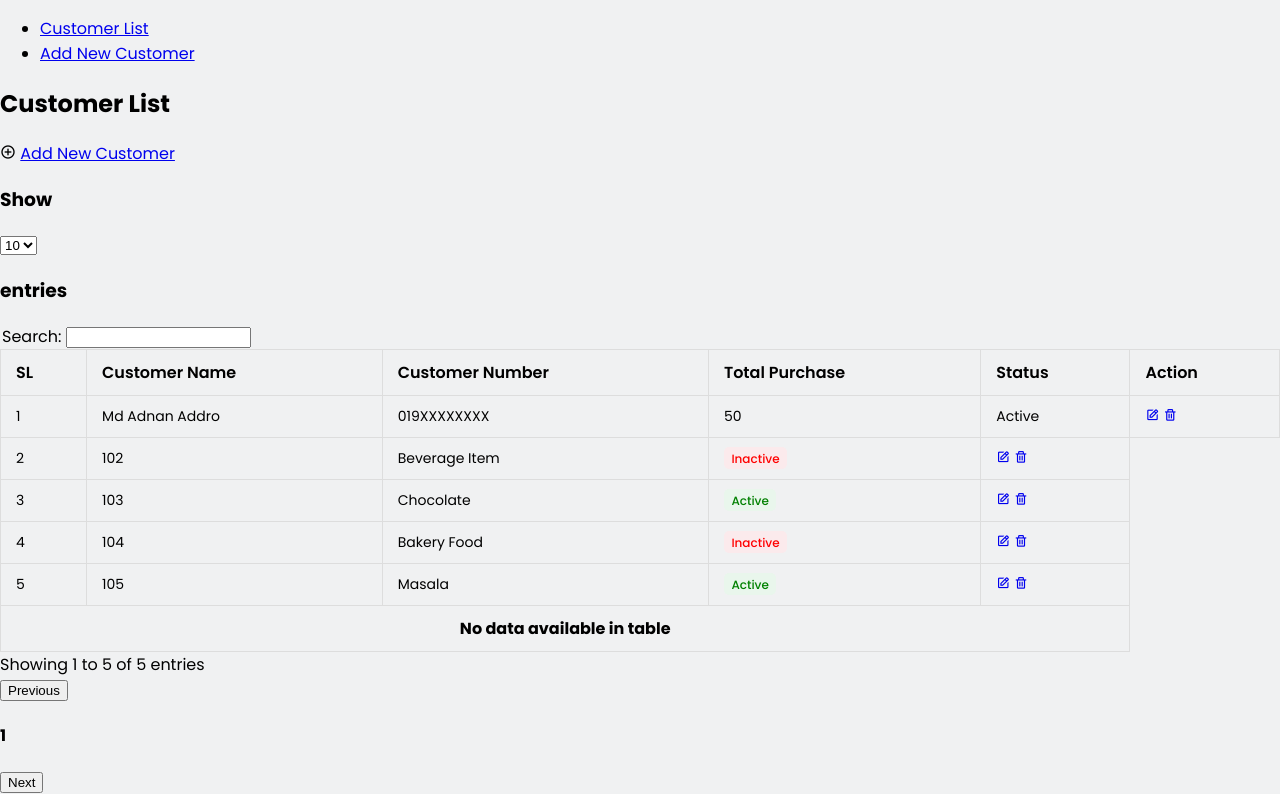
Repository: codebyaddro/customer-page
Page: customer.html
These files come from the project's save history. The page is drawn as it stood at one moment and after a run of saves; the edit follows.
The browser window is 1280 px wide. The pictures show the whole page.

Above is the page before, as saved 2025-02-20 13:59:15.

### customer.html
<!DOCTYPE html>
<html lang="en">
<head>
    <meta charset="UTF-8">
    <meta name="viewport" content="width=device-width, initial-scale=1.0">
    <!-- CSS -->
    <link rel="stylesheet" href="css/customer.css">
    <!-- Icons -->
    <link href='https://unpkg.com/boxicons@2.1.4/css/boxicons.min.css' rel='stylesheet'>
    <title>Customer - Page</title>
</head>
<body>
    <div class="cba-customer-container">
        <div class="cba-cusc-top-menus">
            <ul>
                <li><a href="/index.html" class="-cba-cusc-active-menu">Customer List</a></li>
                <li><a href="/inner-pages/html/anc.html" class="cba-cusc-light-up">Add New Customer</a></li>
            </ul>
        </div>
        <div class="cba-cusc-list-container">
            <div class="cba-cusc-heading-add-new-btn">
                <div class="cba-cusc-heading">
                    <h2>Customer List</h2>
                </div>
                <div class="cba-cusc-add-new-btn">
                    <i class='cba-cusc-add-icon bx bx-plus-circle'></i>
                    <a href="/inner-pages/html/anc.html">Add New Customer</a>
                </div>
            </div>
            <div class="cba-cusc-list-short-dpdwn-search-box">
                <div class="cba-cusc-list-short-dpdwn">
                    <h3>Show</h3>
                    <select name="10" id="">
                        <option value="">10</option>
                        <option value="">20</option>
                        <option value="">30</option>
                        <option value="">All</option>
                    </select>
                    <h3>entries</h3>
                </div>
                <div class="cba-cusc-search-box">
                    <legend>Search: <input type="text"></legend>
                </div>
            </div>
            <div class="cba-cusc-table-list">
                <table>
                    <thead>
                        <tr>
                            <th title="SL">SL</th>
                            <th title="Code">Customer Name</th>
                            <th title="Category Name">Customer Number</th>
                            <th title="Status">Total Purchase</th>
                            <th title="Status">Status</th>
                            <th title="Action">Action</th>
                        </tr>
                    </thead>
                    <tbody>
                        <tr>
                            <td>1</td>
                            <td>Md Adnan Addro</td>
                            <td>019XXXXXXXX</td>
                            <td>50</td>
                            <td><span class="cba-cusc-active">Active</span></td>
                            <td>
                                <a title="Edit" href="#"><i class='cba-cusc-edit-icon bx bx-edit'></i></a>
                                <a title="Delete" href="#"><i class='cba-cusc-delete-icon bx bx-trash'></i></a>
                            </td>
                        </tr>
                        <tr>
                            <td>2</td>
                            <td>102</td>
                            <td>Beverage Item</td>
                            <td><span class="inactive">Inactive</span></td>
                            <td>
                                <a title="Edit" href="#"><i class='cba-cusc-edit-icon bx bx-edit'></i></a>
                                <a title="Delete" href="#"><i class='cba-cusc-delete-icon bx bx-trash'></i></a>
                            </td>
                        </tr>
                        <tr>
                            <td>3</td>
                            <td>103</td>
                            <td>Chocolate</td>
                            <td><span class="active">Active</span></td>
                            <td>
                                <a title="Edit" href="#"><i class='cba-cusc-edit-icon bx bx-edit'></i></a>
                                <a title="Delete" href="#"><i class='cba-cusc-delete-icon bx bx-trash'></i></a>
                            </td>
                        </tr>
                        <tr>
                            <td>4</td>
                            <td>104</td>
                            <td>Bakery Food</td>
                            <td><span class="inactive">Inactive</span></td>
                            <td>
                                <a title="Edit" href="#"><i class='cba-cusc-edit-icon bx bx-edit'></i></a>
                                <a title="Delete" href="#"><i class='cba-cusc-delete-icon bx bx-trash'></i></a>
                            </td>
                        </tr>
                        <tr>
                            <td>5</td>
                            <td>105</td>
                            <td>Masala</td>
                            <td><span class="active">Active</span></td>
                            <td>
                                <a title="Edit" href="#"><i class='cba-cusc-edit-icon bx bx-edit'></i></a>
                                <a title="Delete" href="#"><i class='cba-cusc-delete-icon bx bx-trash'></i></a>
                            </td>
                        </tr>
                        <tr class="cba-cusc-no-data-available">
                            <th colspan="5">No data available in table</th>
                        </tr>
                    </tbody>
                </table>
            </div>
            <div class="cba-cusc-entries-details-list-page-btn">
                <div class="cba-cusc-entries-details">
                    Showing <span>1</span> to <span>5</span> of <span>5</span> entries
                </div>
                <div class="cba-cusc-list-page-btn">
                    <button>Previous</button>
                    <h4><span>1</span></h4>
                    <button>Next</button>
                </div>
            </div>
        </div>
    </div>
</body>
</html>

### css/customer.css
/* -- fonts -- */
@import url('https://fonts.googleapis.com/css2?family=Poppins:ital,wght@0,100;0,200;0,300;0,400;0,500;0,600;0,700;0,800;0,900;1,100;1,200;1,300;1,400;1,500;1,600;1,700;1,800;1,900&family=Raleway:ital,wght@0,100..900;1,100..900&family=Roboto:ital,wght@0,100;0,300;0,400;0,500;0,700;0,900;1,100;1,300;1,400;1,500;1,700;1,900&family=VT323&display=swap');

/* -- root -- */

:root {
    --gray-white: #F0F1F2; /* For body*/
    --white: #FFFFFF;
    --black: #000000;
    --gray-black: #DDDDDD;
    --light-black: #212523;
    --light-black-op: #21252350;
    --main-green: #157343;
    --main-light: #37A000;
    --light-orange: #FD7E14;
    --green: #008000;
    --light-green: #e9f6ec;
    --red: #FF0000;
    --light-red: #fbeaec;
}

/* ---------- */

* {
    box-sizing: border-box;
}

body {
    margin: 0;
    padding: 0;
    font-family: "Poppins", serif;
    background-color: var(--gray-white);
}

::selection {
    color: var(--white);
    background-color: var(--main-light);
}

/* -- category container style -- */

.category-container {
    width: 100%;
    margin-top: 25px;
}

/* -- top menus style--  */

.top-menus {
    background-color: var(--white);
    display: flex;
    justify-content: left;
    align-items: center;
    height: 60px;
    margin-bottom: 15px;
}

.top-menus ul {
    list-style-type: none;
    display: flex;
    gap: 30px;
    margin-left: -20px;
}

.top-menus ul li a {
    text-decoration: none;
    color: var(--black);
    font-size: 15px;
    font-weight: 500;
}

/* -- active menu style -- */

.active-menu {
    color: var(--white)!important;
    background-color: var(--main-green);
    padding: 8px 12px;
    border-radius: 5px;
}

/* -- menu hover style -- */

.light-up:hover {
    color: var(--light-orange);
}

/* -- list container style -- */

.list-container {
    background-color: var(--white);
    padding: 0px 20px;
}

/* -- heading-add-new-btn style -- */

.heading-add-new-btn {
    display: flex;
    justify-content: space-between;
    align-items: center;
    border-bottom: 1px solid var(--gray-black) ;
}

.heading h2 {
    color: var(--light-black);
    font-size: 25px;
    font-weight: 500;
}

/* -- add-new-btn style -- */

.add-new-btn {
    display: flex;
    gap: 5px;
    justify-content: baseline;
    align-items: center;
}

.add-new-btn {
    background-color: var(--main-green);
    padding: 5px 10px;
    border-radius: 5px;
}

.add-new-btn a {
    color: var(--white);
    text-decoration: none;
}

.add-icon {
    color: var(--white);
    font-size: 20px;
}

/* -- list-short-dpdwn-search-box style -- */

.list-short-dpdwn-search-box {
    display: flex;
    justify-content: space-between;
    align-items: center;
    padding: 10px 0px;
}

/* -- list-short-dpdwn style -- */

.list-short-dpdwn {
    display: flex;
    gap: 7.5px;
    align-items: center;
}

.list-short-dpdwn h3 {
    color: var(--light-black);
    font-size: 15px;
    font-weight: 500;
}

.list-short-dpdwn select {
    color: var(--light-black);
    appearance: none;
    height: 25px;
    width: 30px;
    padding-left: 6px;
    outline: none;
    border-radius: 2.5px;
}

/* -- search-box style -- */

.search-box {
    display: flex;
    align-items: center;
}

.search-box legend {
    color: var(--light-black);
}

.search-box input {
    outline: none;
    height: 25px;
    width: 193px;
    border: 1px solid var(--gray-black);
}

/* -- table-list style --*/

table {
    border-collapse: collapse;
    width: 100%;
}

@media (max-width: 768px) {
    table {
        width: 100%;
        padding: 0rem;
        display: block;
        overflow-x: scroll;
        overflow-y: hidden;
        scrollbar-width: thin;
        scrollbar-color: var(--black);
    }
}

/* -- thead style -- */

thead {
    cursor: pointer;
}

th, td {
    border: 1px solid var(--gray-black);
    padding: 10px 15px;
}

thead tr th {
    font-size: 1rem;
    font-weight: 600;
    text-align: left;
}

tbody tr td {
    font-size: 0.875rem;
}

tbody tr:hover {
    background-color: var(--gray-white);
}

/* -- tbody style -- */

/* status style */

.active {
    color: var(--green);
    background-color: var(--light-green);
    font-size: 12px;
    font-weight: 500;
    padding: 2.5px 7.5px;
    border-radius: 5px;
}

.inactive {
    color: var(--red);
    background-color: var(--light-red);
    font-size: 12px;
    font-weight: 500;
    padding: 2.5px 7.5px;
    border-radius: 5px;
}

/* -- action style -- */

.edit-icon {
    color: var(--green);
    background-color: var(--light-green);
    padding: 7px 7px;
    margin-right: 2.5px;
    border: 1px solid var(--green);
    font-size: 20px;
}

.edit-icon:hover {
    background-color: var(--light-black-op);
}

.delete-icon {
    color: var(--red);
    background-color: var(--light-red);
    padding: 7px 7px;
    margin-left: 2.5px;
    border: 1px solid var(--red);
    font-size: 20px;
}

.delete-icon:hover {
    background-color: var(--light-black-op);
}

/* -- no data style */

.no-data-available th {
    font-size: 14px;
    font-weight:500;
    color: var(--black);
    background-color: var(--gray-white);
}

/* -- entries-details-list-page-btn style -- */

.entries-details-list-page-btn {
    display: flex;
    justify-content: space-between;
    align-items: center;
    padding: 10px 0px;
}

.entries-details {
    color: var(--black);
    font-size: 15px;
}

.list-page-btn {
    display: flex;
    gap: 5px;
    align-items: center;
}

.list-page-btn button {
    color: var(--light-black);
    background-color: var(--gray-white);
    padding: 8px 14px;
    border: none;
    border-radius: 5px;
    cursor: pointer;
}

.list-page-btn h4 {
    color: var(--white);
    background-color: var(--main-light);
    font-size: 15px;
    font-weight: 400;
    padding: 3px 12px;
    border-radius: 5px;
}

After the next 4 saves:
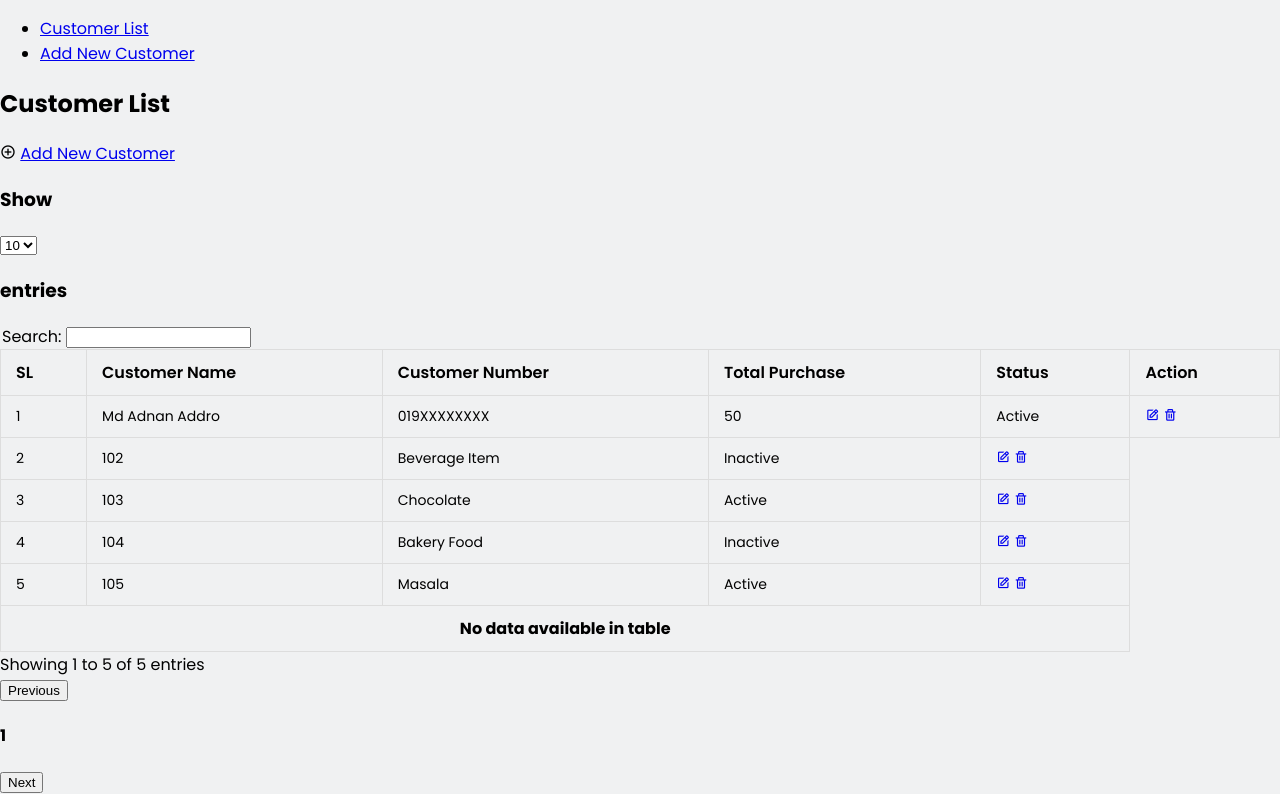
The 4 saves are shown as one change because they came seconds apart.
The last was saved 14 s later.
--- a/customer.html
+++ b/customer.html
@@ -70,7 +70,7 @@
                             <td>2</td>
                             <td>102</td>
                             <td>Beverage Item</td>
-                            <td><span class="inactive">Inactive</span></td>
+                            <td><span class="cba-cusc-inactive">Inactive</span></td>
                             <td>
                                 <a title="Edit" href="#"><i class='cba-cusc-edit-icon bx bx-edit'></i></a>
                                 <a title="Delete" href="#"><i class='cba-cusc-delete-icon bx bx-trash'></i></a>
@@ -80,7 +80,7 @@
                             <td>3</td>
                             <td>103</td>
                             <td>Chocolate</td>
-                            <td><span class="active">Active</span></td>
+                            <td><span class="cba-cusc-active">Active</span></td>
                             <td>
                                 <a title="Edit" href="#"><i class='cba-cusc-edit-icon bx bx-edit'></i></a>
                                 <a title="Delete" href="#"><i class='cba-cusc-delete-icon bx bx-trash'></i></a>
@@ -90,7 +90,7 @@
                             <td>4</td>
                             <td>104</td>
                             <td>Bakery Food</td>
-                            <td><span class="inactive">Inactive</span></td>
+                            <td><span class="cba-cusc-inactive">Inactive</span></td>
                             <td>
                                 <a title="Edit" href="#"><i class='cba-cusc-edit-icon bx bx-edit'></i></a>
                                 <a title="Delete" href="#"><i class='cba-cusc-delete-icon bx bx-trash'></i></a>
@@ -100,7 +100,7 @@
                             <td>5</td>
                             <td>105</td>
                             <td>Masala</td>
-                            <td><span class="active">Active</span></td>
+                            <td><span class="cba-cusc-active">Active</span></td>
                             <td>
                                 <a title="Edit" href="#"><i class='cba-cusc-edit-icon bx bx-edit'></i></a>
                                 <a title="Delete" href="#"><i class='cba-cusc-delete-icon bx bx-trash'></i></a>
